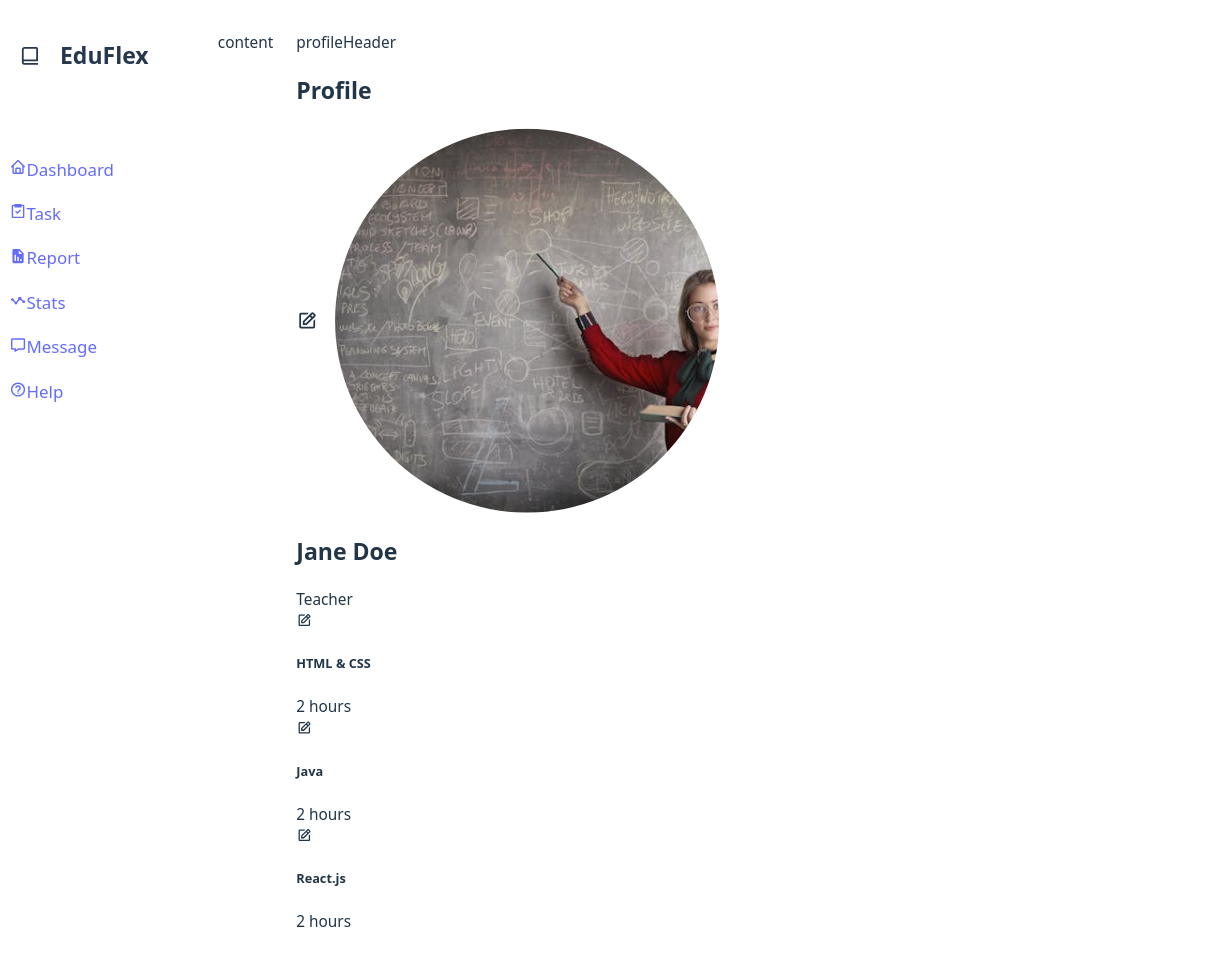
Repository: gogg23/react-dash
Page: /
An editor plug-in stored every save of this project. The page is shown before and after the next save, followed by the edit.
The browser window is 1280 px wide. The pictures show the whole page, at 96% of full size.
The project was rebuilt for these pictures with package versions that can differ from the ones it lists, and the page was loaded fresh each time. Also part of the build but not shown: vite.config.js.

Above is the page before, as saved 2025-04-09 17:59:03.

After the next save:
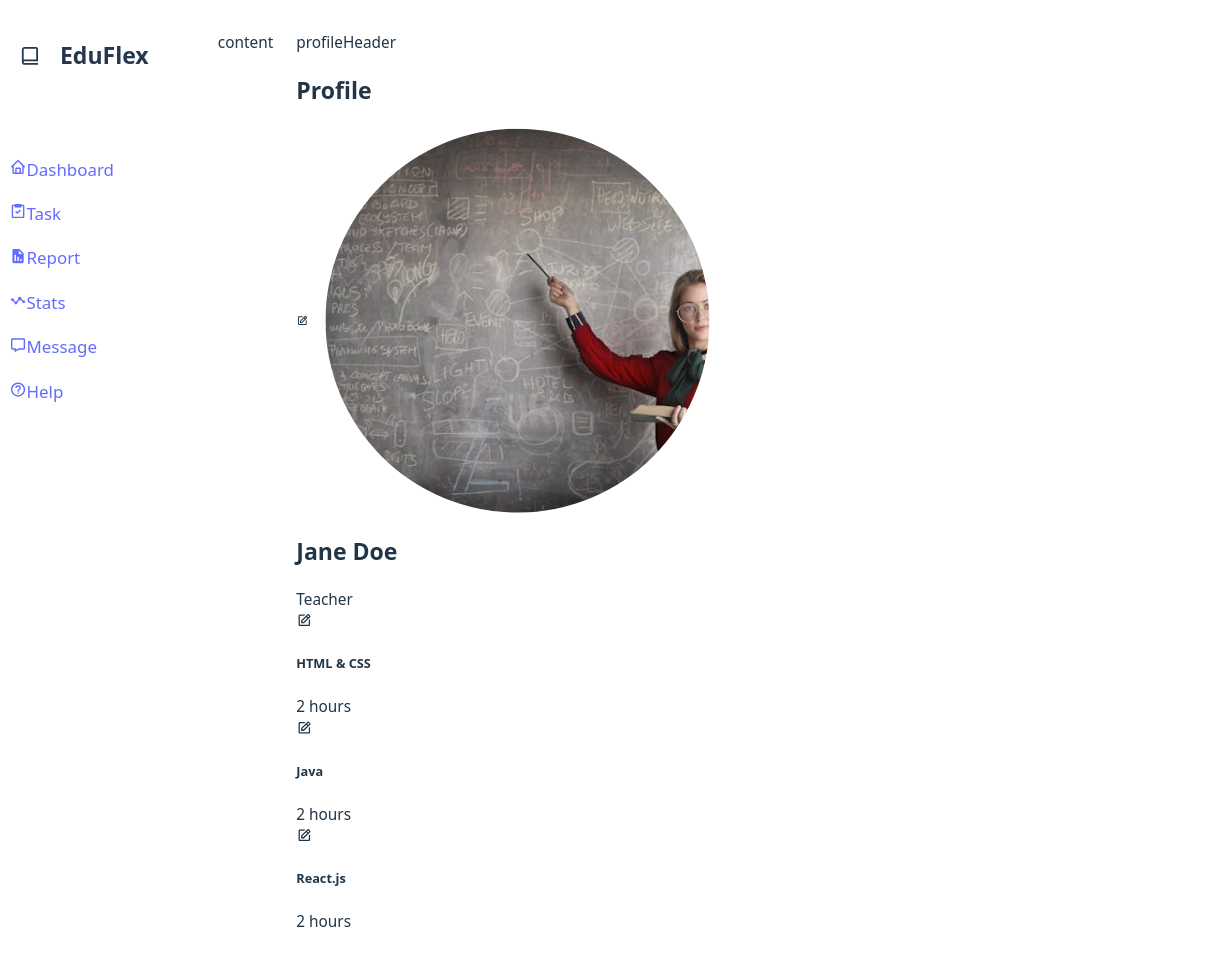
Saved 13 s later.
--- a/src/components/Profile.jsx
+++ b/src/components/Profile.jsx
@@ -33,7 +33,7 @@ const Profile = () => {
       <div className='user--detail'>
         {/* Icon on the left of profile picture */}
         <div style={{ display: 'flex', alignItems: 'center', gap: '1rem' }}>
-          <BiEdit size={22} />
+          <BiEdit size={12} />
           <img
             src={Image1}
             alt='Profile'
